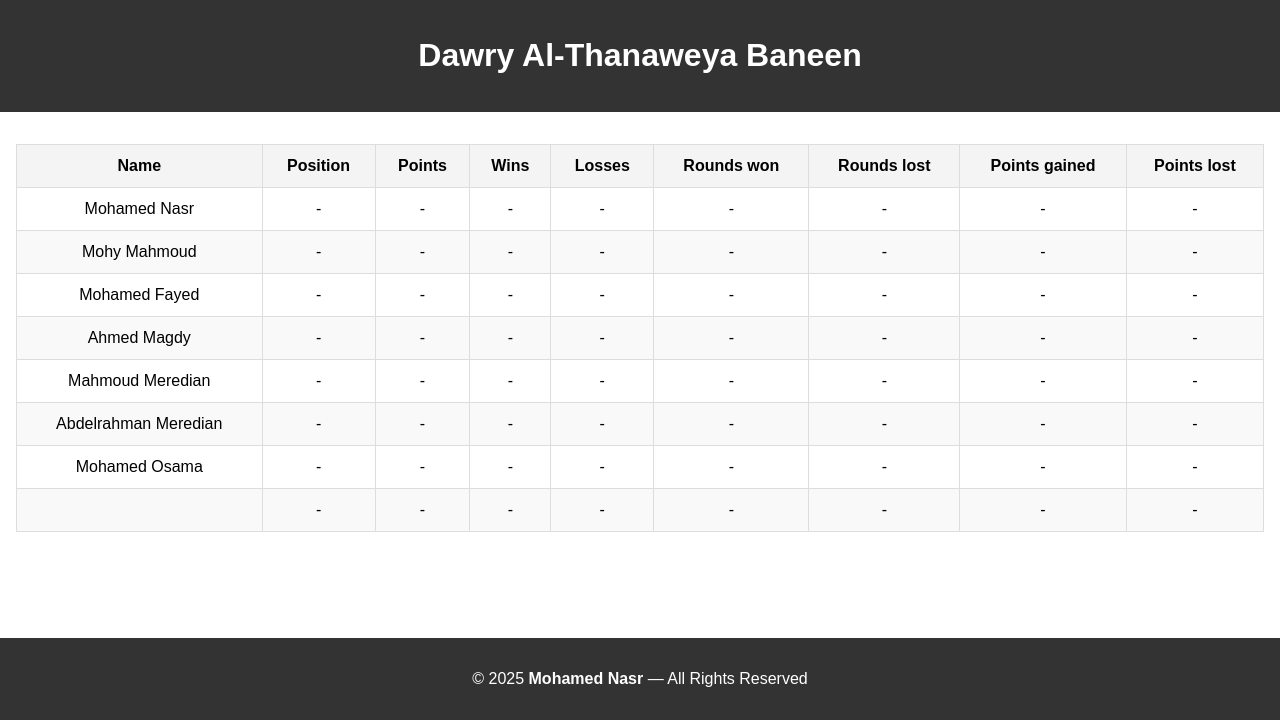
Repository: MohamedNasr95/Dawry-Al-Thanaweya-Baneen
Page: Index.html
The author's editor kept a copy of each file at every save. The page is drawn from the files as they stood at one save, then again after a run of saves.
The browser window is 1280 px wide. The pictures show the whole page.

Above is the page before, as saved 2025-09-07 22:31:33.

### Index.html
<!DOCTYPE html>
<html lang="en">
<head>
  <meta charset="UTF-8" />
  <meta name="viewport" content="width=device-width, initial-scale=1.0" />
  <title>Dawry Al-Thanaweya Baneen</title>
  <link rel="stylesheet" href="style.css">
</head>
<body>
  <header>
    <h1>Dawry Al-Thanaweya Baneen</h1>
  </header>
  <main>
    <table>
      <thead>
        <tr>
          <th>Name</th>
          <th>Position</th>
          <th>Points</th>
          <th>Wins</th>
          <th>Losses</th>
          <th>Rounds won</th>
          <th>Rounds lost</th>
          <th>Points gained</th>
          <th>Points lost</th>
        </tr>
      </thead>
      <tbody id="tbody">
        <tr>
          <td>Mohamed Nasr</td>
          <td>-</td>
          <td>-</td>
          <td>-</td>
          <td>-</td>
          <td>-</td>
          <td>-</td>
          <td>-</td>
          <td>-</td>
        </tr>
        <tr>
          <td>Mohy Mahmoud</td>
          <td>-</td>
          <td>-</td>
          <td>-</td>
          <td>-</td>
          <td>-</td>
          <td>-</td>
          <td>-</td>
          <td>-</td>
        </tr>
        <tr>
          <td>Mohamed Fayed</td>
          <td>-</td>
          <td>-</td>
          <td>-</td>
          <td>-</td>
          <td>-</td>
          <td>-</td>
          <td>-</td>
          <td>-</td>
        </tr>
        <tr>
          <td>Ahmed Magdy</td>
          <td>-</td>
          <td>-</td>
          <td>-</td>
          <td>-</td>
          <td>-</td>
          <td>-</td>
          <td>-</td>
          <td>-</td>
        </tr>
        <tr>
          <td>Mahmoud Meredian</td>
          <td>-</td>
          <td>-</td>
          <td>-</td>
          <td>-</td>
          <td>-</td>
          <td>-</td>
          <td>-</td>
          <td>-</td>
        </tr>
        <tr>
          <td>Abdelrahman Meredian</td>
          <td>-</td>
          <td>-</td>
          <td>-</td>
          <td>-</td>
          <td>-</td>
          <td>-</td>
          <td>-</td>
          <td>-</td>
        </tr>
        <tr>
          <td>Mohamed Osama</td>
          <td>-</td>
          <td>-</td>
          <td>-</td>
          <td>-</td>
          <td>-</td>
          <td>-</td>
          <td>-</td>
          <td>-</td>
        </tr>
        <!-- Add more rows here -->
      </tbody>
    </table>
  </main>
  <footer>
    <p>&copy; 2025 <strong>Mohamed Nasr</strong> — All Rights Reserved</p>
  </footer>

  <script src="script.js"></script>
</body>
</html>

### style.css
body {
    font-family: Arial, sans-serif;
    margin: 0;
    padding: 0;
    display: flex;
    min-height: 100vh;
    flex-direction: column;
}
header, footer {
    background-color: #333;
    color: #fff;
    padding: 1rem;
    text-align: center;
}
main {
    flex: 1;
    padding: 1rem;
}
table {
    width: 100%;
    border-collapse: collapse;
    margin: 1rem 0;
}
th, td {
    border: 1px solid #ddd;
    padding: 0.75rem;
    text-align: center;
}
th {
    background-color: #f4f4f4;
}
tr:nth-child(even) {
    background-color: #f9f9f9;
}
tr:hover {
    background-color: #e0e0e0;
}

### script.js
table = document.getElementById("tbody")
// console.log(table)
// name = "Mustafa";
players = [{}]


table.innerHTML += `
<tr>
    <td>${name}</td>
    <td>-</td>
    <td>-</td>
    <td>-</td>
    <td>-</td>
    <td>-</td>
    <td>-</td>
    <td>-</td>
    <td>-</td>
</tr>
`

After the next 4 saves:
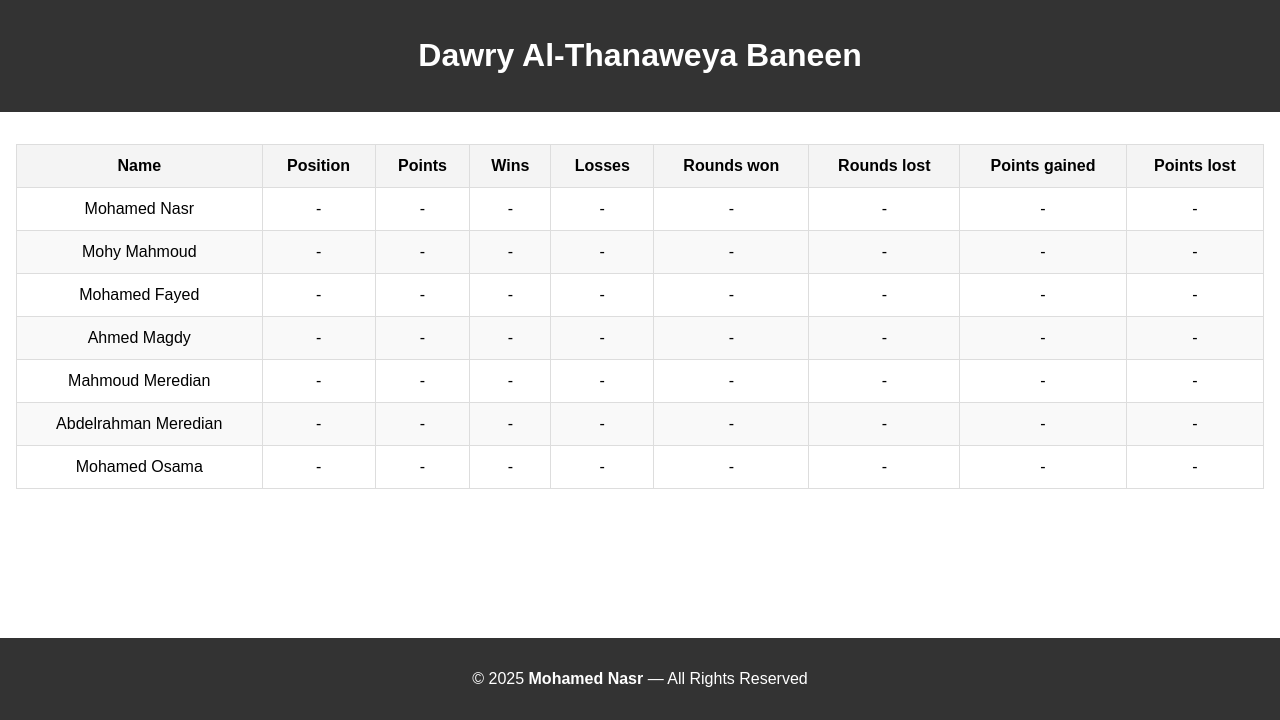
Console error: ReferenceError: Name is not defined
The 4 saves are shown as one change because they came seconds apart.
The last was saved 11 s later.
--- a/script.js
+++ b/script.js
@@ -1,7 +1,7 @@
 table = document.getElementById("tbody")
 // console.log(table)
 // name = "Mustafa";
-players = [{}]
+players = [{ID: 1, Name}]
 
 
 table.innerHTML += `

After the 2 saves that followed:
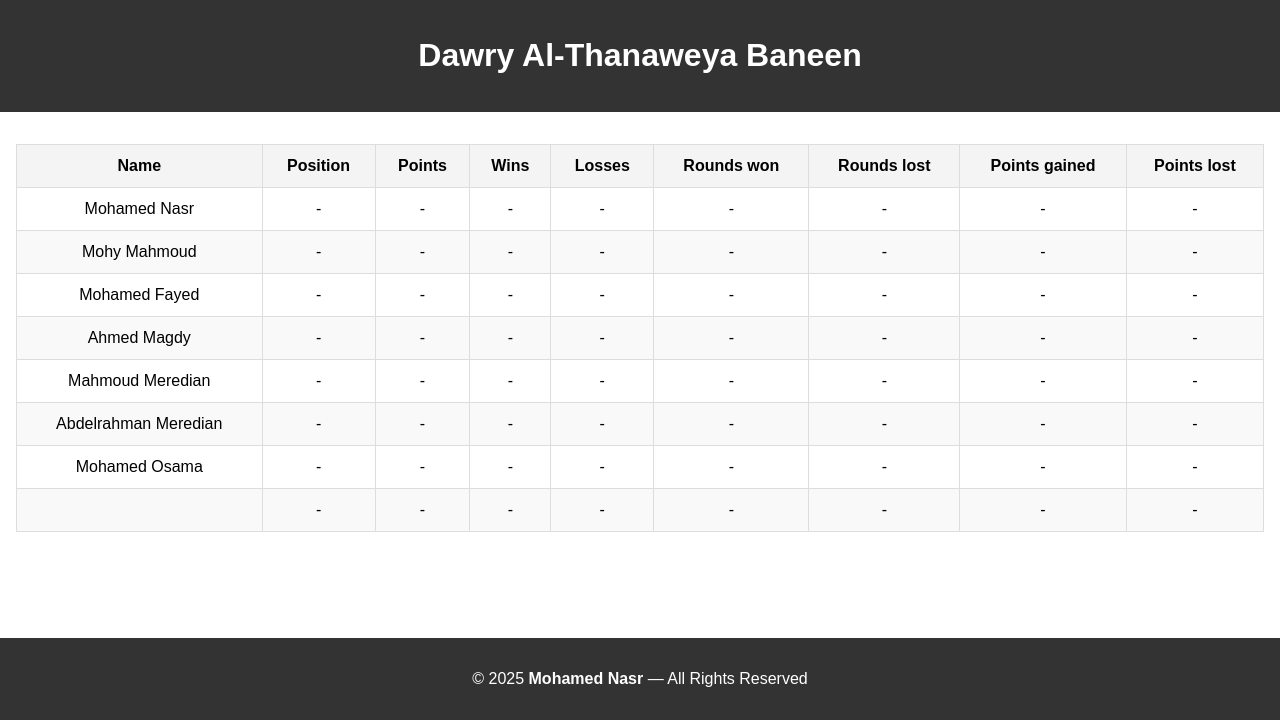
The error is gone.
The 2 saves are shown as one change because they came seconds apart.
The last was saved 8 s later.
--- a/script.js
+++ b/script.js
@@ -1,7 +1,7 @@
 table = document.getElementById("tbody")
 // console.log(table)
 // name = "Mustafa";
-players = [{ID: 1, Name}]
+players = [{ID: 1, Name: "Mohamed Nasr", }]
 
 
 table.innerHTML += `
